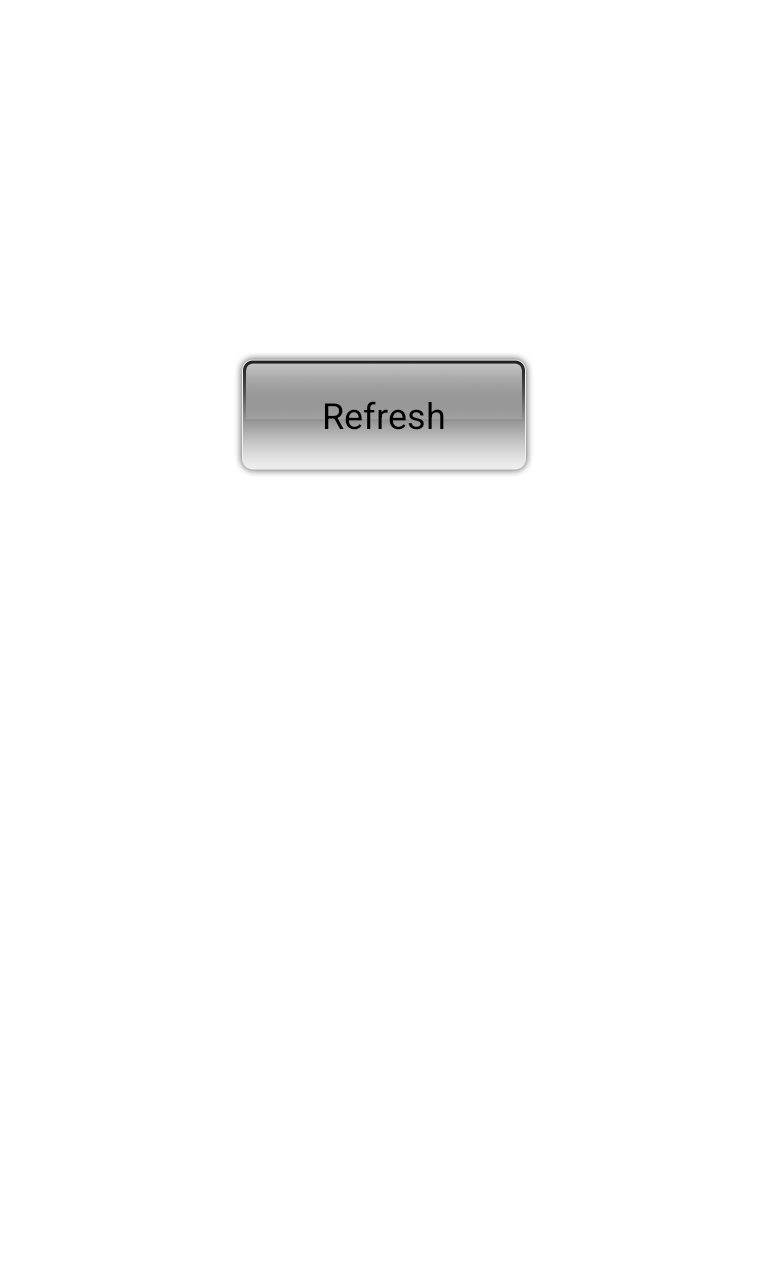
Repository: efreestone/MDF3_Freestone
Layout: ConvertIt/res/layout/activity_main.xml
The author's editor kept a copy of each file at every save. The layout is drawn from the files as they stood at one save, then again after the next save.
It is drawn on a 768 x 1280 px phone screen (xhdpi) without system bars, with theme AppTheme; the app's code is not run.

Above is the layout before, as saved 2014-07-10 23:45:33.

### ConvertIt/res/layout/activity_main.xml
<?xml version="1.0" encoding="utf-8"?>
<LinearLayout xmlns:android="http://schemas.android.com/apk/res/android"
    android:id="@+id/parentView"
    android:layout_width="match_parent"
    android:layout_height="match_parent"
    android:orientation="vertical"
    >

    <TextView
        android:id="@+id/usdTV"
        android:layout_width="match_parent"
        android:layout_height="wrap_content"
        android:gravity="center" />

    <TextView
        android:id="@+id/eurTV"
        android:layout_width="match_parent"
        android:layout_height="wrap_content"
        android:gravity="center" />

    <TextView
        android:id="@+id/gbpTV"
        android:layout_width="match_parent"
        android:layout_height="wrap_content"
        android:gravity="center" />

    <TextView
        android:id="@+id/inrTV"
        android:layout_width="match_parent"
        android:layout_height="wrap_content"
        android:gravity="center" />

    <TextView
        android:id="@+id/cadTV"
        android:layout_width="match_parent"
        android:layout_height="wrap_content"
        android:gravity="center" />

    <TextView
        android:id="@+id/audTV"
        android:layout_width="match_parent"
        android:layout_height="wrap_content"
        android:gravity="center" />

    <TextView
        android:id="@+id/mxnTV"
        android:layout_width="match_parent"
        android:layout_height="wrap_content"
        android:gravity="center" />

    <TextView
        android:id="@+id/cnyTV"
        android:layout_width="match_parent"
        android:layout_height="wrap_content"
        android:gravity="center" />

    <TextView
        android:id="@+id/myrTV"
        android:layout_width="match_parent"
        android:layout_height="wrap_content"
        android:gravity="center" />

    <Button
        android:id="@+id/refreshButton"
        android:layout_width="wrap_content"
        android:layout_height="wrap_content"
        android:layout_gravity="center"
        android:layout_margin="5dp"
        android:clickable="true"
        android:background="@drawable/button_background"
        android:text="@string/refreshButton"
        android:width="150dp" />



</LinearLayout>

### ConvertIt/res/drawable-hdpi/button_background.xml
<?xml version="1.0" encoding="utf-8"?>
<selector xmlns:android="http://schemas.android.com/apk/res/android" >
    <!-- Button Image when pressed -->
    <item
        android:drawable="@drawable/gradient_pressed_9patch"
        android:state_pressed="true"/>

    <!-- Button Image -->
    <item
        android:drawable="@drawable/gradient_9patch"/>



</selector>

### ConvertIt/res/drawable-ldpi/button_background.xml
<?xml version="1.0" encoding="utf-8"?>
<selector xmlns:android="http://schemas.android.com/apk/res/android" >
    <!-- Button Image when pressed -->
    <item
        android:drawable="@drawable/gradient_pressed_9patch"
        android:state_pressed="true"/>

    <!-- Button Image -->
    <item
        android:drawable="@drawable/gradient_9patch"/>



</selector>

### ConvertIt/res/drawable-mdpi/button_background.xml
<?xml version="1.0" encoding="utf-8"?>
<selector xmlns:android="http://schemas.android.com/apk/res/android" >
    <!-- Button Image when pressed -->
    <item
        android:drawable="@drawable/gradient_pressed_9patch"
        android:state_pressed="true"/>

    <!-- Button Image -->
    <item
        android:drawable="@drawable/gradient_9patch"/>



</selector>

### ConvertIt/res/drawable-xhdpi/button_background.xml
<?xml version="1.0" encoding="utf-8"?>
<selector xmlns:android="http://schemas.android.com/apk/res/android" >
    <!-- Button Image when pressed -->
    <item
        android:drawable="@drawable/gradient_pressed_9patch"
        android:state_pressed="true"/>

    <!-- Button Image -->
    <item
        android:drawable="@drawable/gradient_9patch"/>



</selector>

### ConvertIt/res/drawable-xxhdpi/button_background.xml
<?xml version="1.0" encoding="utf-8"?>
<selector xmlns:android="http://schemas.android.com/apk/res/android" >
    <!-- Button Image when pressed -->
    <item
        android:drawable="@drawable/gradient_pressed_9patch"
        android:state_pressed="true"/>

    <!-- Button Image -->
    <item
        android:drawable="@drawable/gradient_9patch"/>



</selector>

### ConvertIt/res/values/strings.xml
<?xml version="1.0" encoding="utf-8"?>
<resources>

    <string name="app_name">MDF3Project1</string>
    <string name="hello_world">Hello world!</string>
    <string name="action_settings">Settings</string>

    <string name="refreshButton">Refresh</string>

    <string name="noConnectionTitle">Connection Error</string>
    <string name="noConnectionAlert">This application requires internet access. Please check your network connection and try again.</string>

    <string name="noFileTitle">File does not exist</string>
    <string name="noFileAlert">The file does not exist on your device so it was requested from the API. Select Refresh to update the ListView</string>

</resources>

Loaded but not shown: ConvertIt/res/values/styles.xml (common file); ConvertIt/res/values-v11/styles.xml (common file); ConvertIt/res/values-v14/styles.xml (common file)

After the next save:
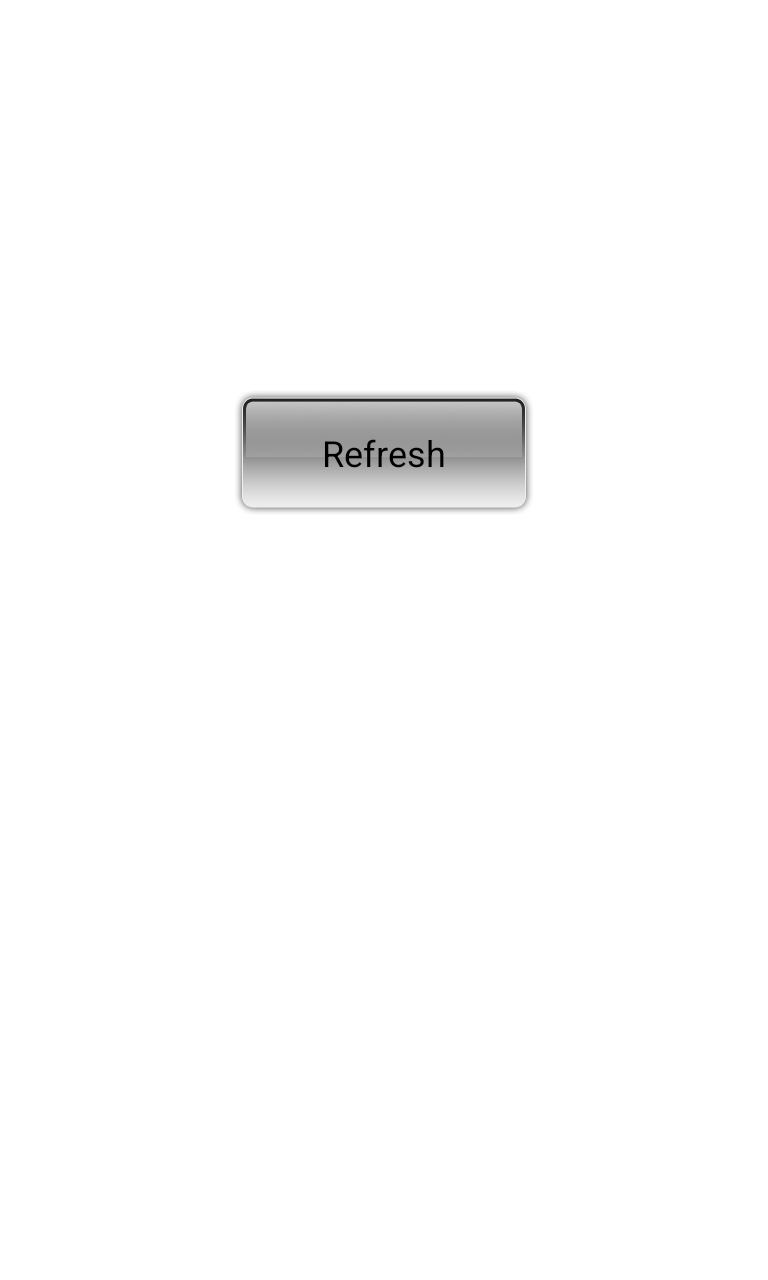
Saved 14 s later.
--- a/ConvertIt/res/layout/activity_main.xml
+++ b/ConvertIt/res/layout/activity_main.xml
@@ -60,6 +60,12 @@
         android:layout_height="wrap_content"
         android:gravity="center" />
 
+    <TextView
+        android:id="@+id/aedTV"
+        android:layout_width="match_parent"
+        android:layout_height="wrap_content"
+        android:gravity="center" />
+
     <Button
         android:id="@+id/refreshButton"
         android:layout_width="wrap_content"
